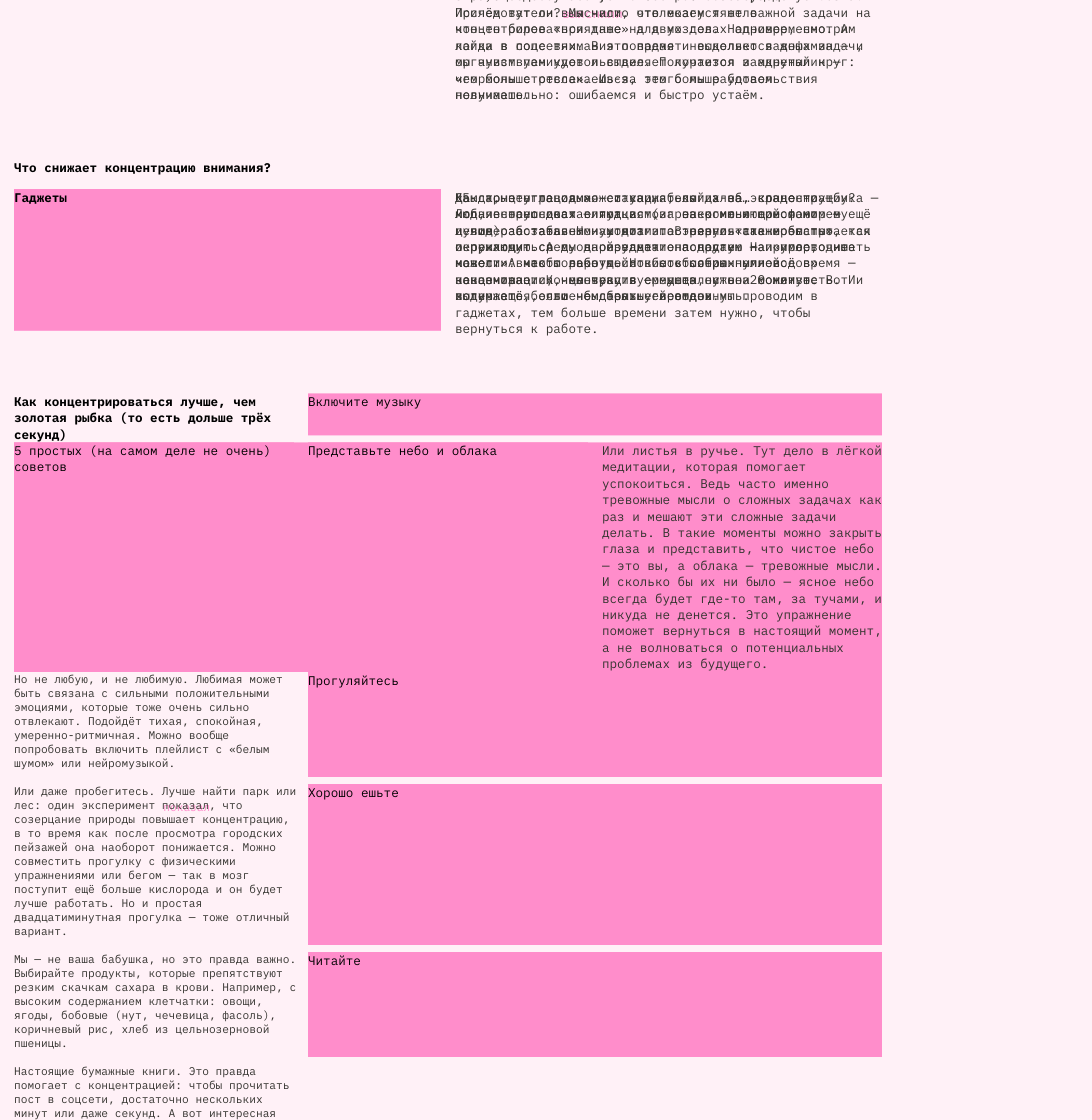
Repository: NikWolf75/slozhno-sosredotochitsya-fd
Page: index.html
These files come from the project's save history. The page is drawn as it stood at one moment and after the next save; the edit follows.
The browser window is 1280 px wide. The page is 1560 px wide, so the pictures cover 1560 px, including what lies to the right of the window. The pictures show the part of the page from y = 940 to 2540 px (the page is 7191 px tall before and 7171 px after), at 70% of full size.

Above is the page before, as saved 2025-02-27 23:07:14.

After the next save:
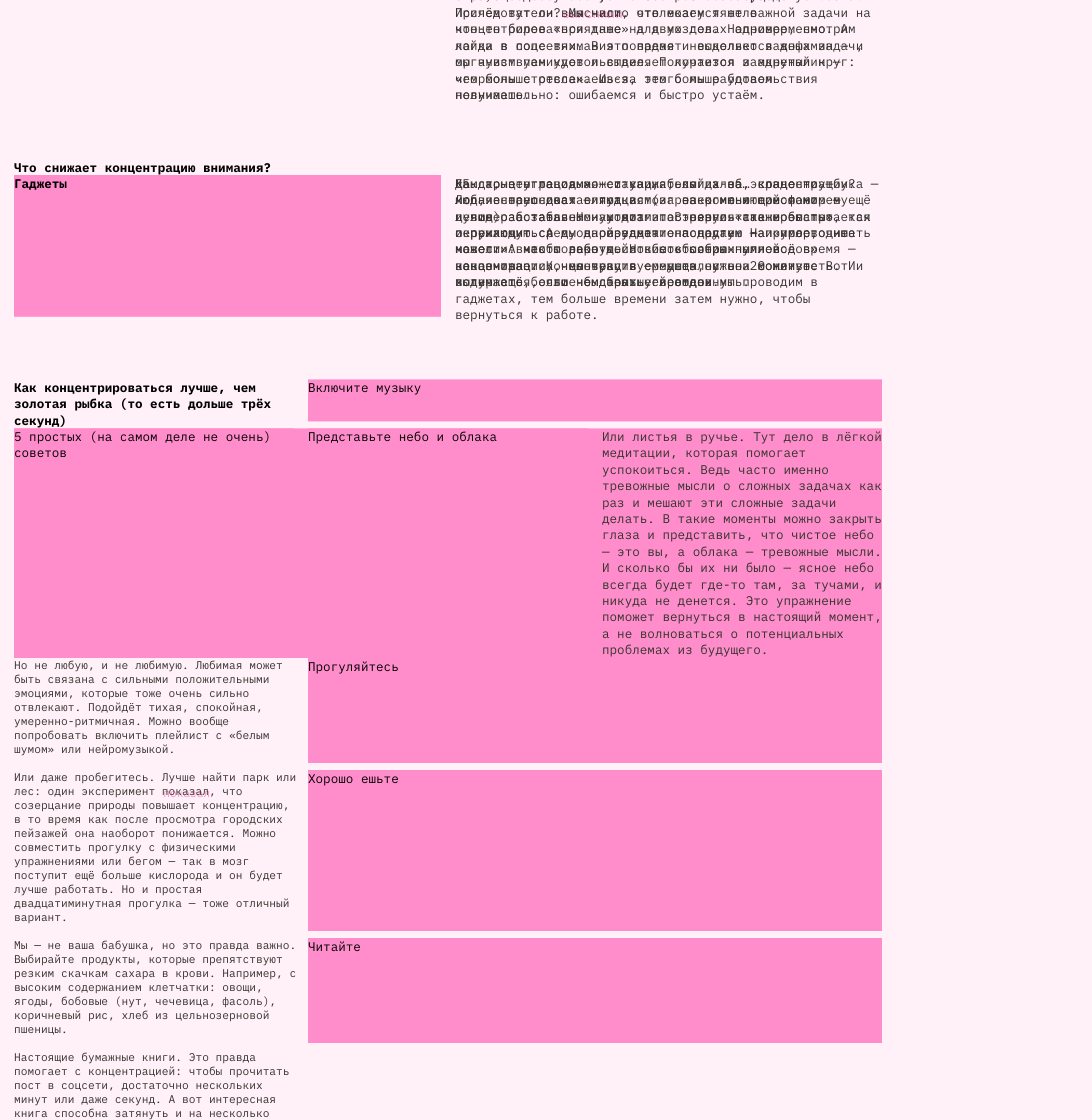
Saved 18 s later.
--- a/index.html
+++ b/index.html
@@ -85,7 +85,7 @@
           </p>
         </article>
       </section>
-      <section class="content__section content__what">
+      <section class="content__section content__question">
         <h2 class="question_text">Что снижает концентрацию внимания?</h2>
         <article class="answer">
           <h3 class="content__answer-short">Многозадачность</h3>

After the 5 saves that followed:
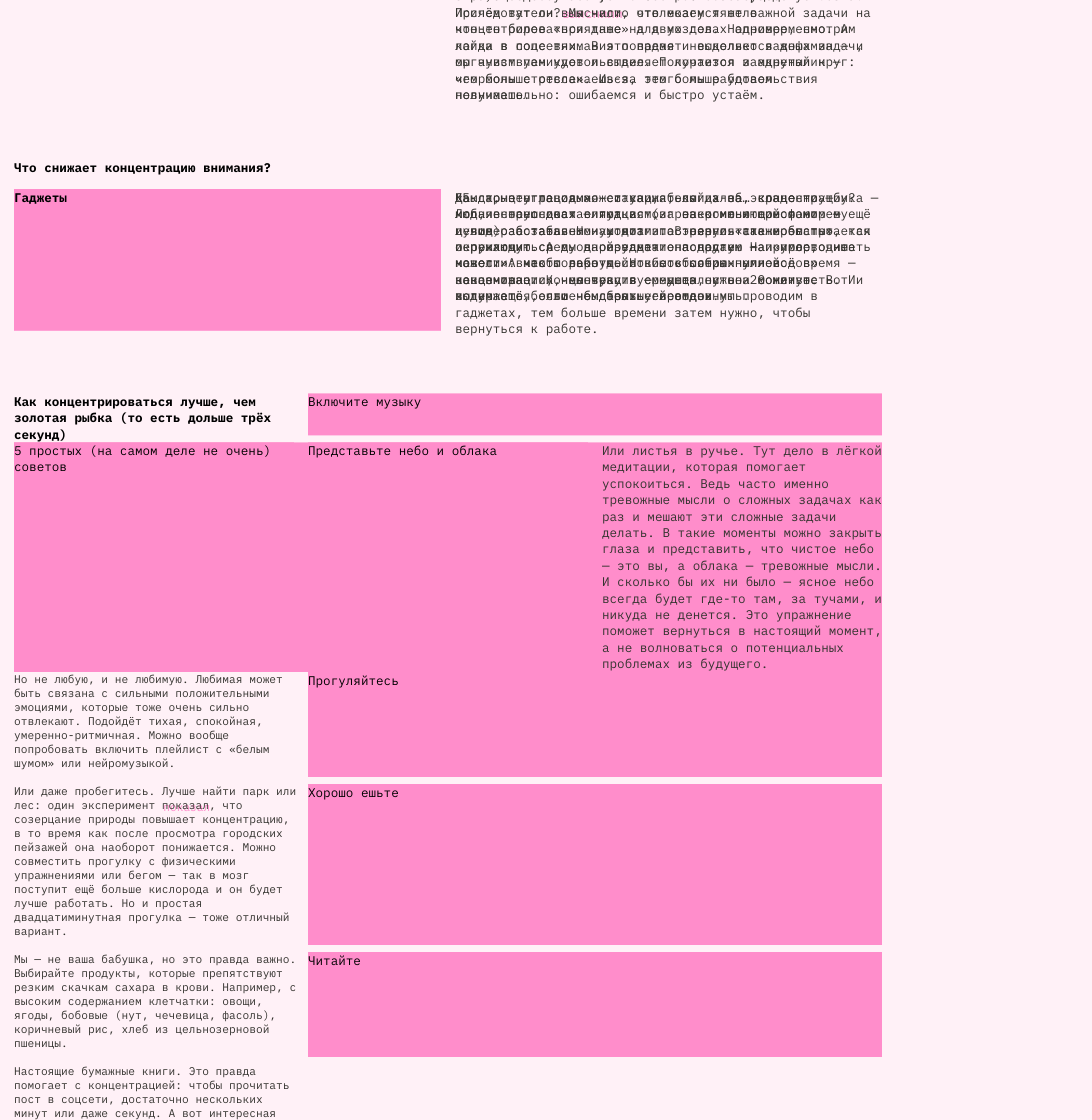
The 5 saves are shown as one change because 2 left the picture as it was and some came seconds apart.
The last was saved 44 s later.
--- a/styles/style.css
+++ b/styles/style.css
@@ -269,12 +269,12 @@
     row-gap: 20px;
   }
 
-  .content__what, .question_text {
+  .content__question, .question_text {
     grid-row: 1;
     grid-column: 1;
   }
 
-  .content__what, .answer {
+  .content__question, .answer {
     grid-row: 2;
     grid-column: 1 / -1;
     margin-bottom: 20px;
@@ -293,19 +293,19 @@
 }
 
 @media (width >= 1024px) {
-  .content__what,
+  .content__question,
   .content__gallery {
     display: grid;
     grid-template-columns: repeat(3, 1fr);
     row-gap: 20px;
   }
 
-  .content__what, .question_text {
+  .content__question, .question_text {
     grid-row: 1;
     grid-column: 1;
   }
 
-  .content__what, .answer {
+  .content__question, .answer {
     display: grid;
     grid-row: 2;
     grid-column: 1 / -1;
